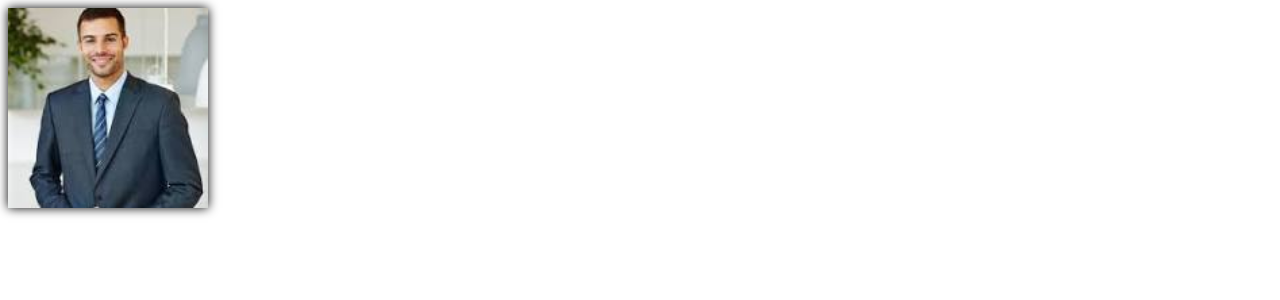
Repository: arindamslt/JEECoding
Page: JEE_FRONTEND/src/main/webapp/09ProfileCSS.html
An editor plug-in stored every save of this project. The page is shown before and after the next save, followed by the edit.
The browser window is 1280 px wide. The pictures show the whole page.

Above is the page before, as saved 2025-07-15 06:53:19.

### JEE_FRONTEND/src/main/webapp/09ProfileCSS.html
<!DOCTYPE html>
<html>
<head>
<meta charset="ISO-8859-1">
<title>PROFILE DESIGN</title>
<style>
	#mainContainer{
		/*background-color: red;*/
		display: flex;
	}
	#lfContainer{
		/*background-color: blue;*/
		width:30%;

		img{
			box-shadow: 0px 0px 10px black;
		}
	}
	#rtContainer{
		/*background-color: gray;*/
		width:70%;
	}
</style>
</head>
<body>
<div id="mainContainer">

	<div id="lfContainer">
		<img src="data:[embedded picture, 5739 characters]"
		height="200px"
		width="200px"
		alt="NO IMAGE"/>
	</div>
	<div id="rtContainer">

	</div>
</div>
</body>
</html>

After the next save:
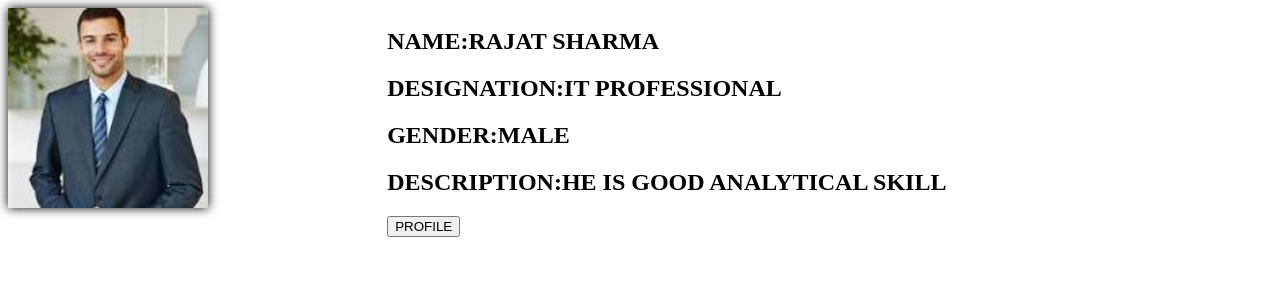
Saved 2 min 28 s later.
--- a/JEE_FRONTEND/src/main/webapp/09ProfileCSS.html
+++ b/JEE_FRONTEND/src/main/webapp/09ProfileCSS.html
@@ -32,7 +32,11 @@
 		alt="NO IMAGE"/>
 	</div>
 	<div id="rtContainer">
-
+		<h2>NAME:RAJAT SHARMA</h2>
+		<h2>DESIGNATION:IT PROFESSIONAL</h2>
+		<h2>GENDER:MALE</h2>
+		<h2>DESCRIPTION:HE IS GOOD ANALYTICAL SKILL</h2>
+		<button>PROFILE</button>
 	</div>
 </div>
 </body>
